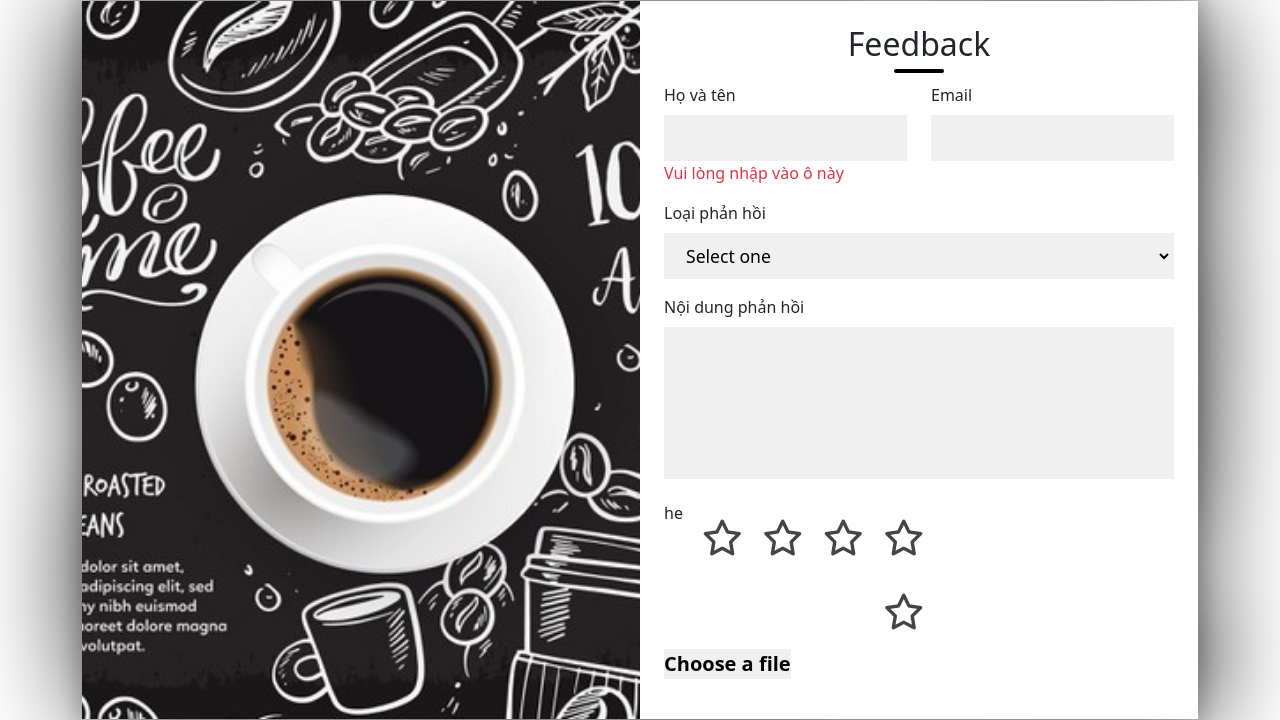
Repository: LeDongGyC/html-css
Page: HTML CSS/prototype/index.html
These files come from the project's save history. The page is drawn as it stood at one moment and after the next save; the edit follows.
The browser window is 1280 px wide. The pictures show the whole page.
Some web libraries are served in a nearby version. The style sheet was rebuilt from its Sass, Less or Tailwind sources for each picture, by a compiler version that may differ from the author's.

Above is the page before, as saved 2023-05-24 12:01:07.

After the next save:
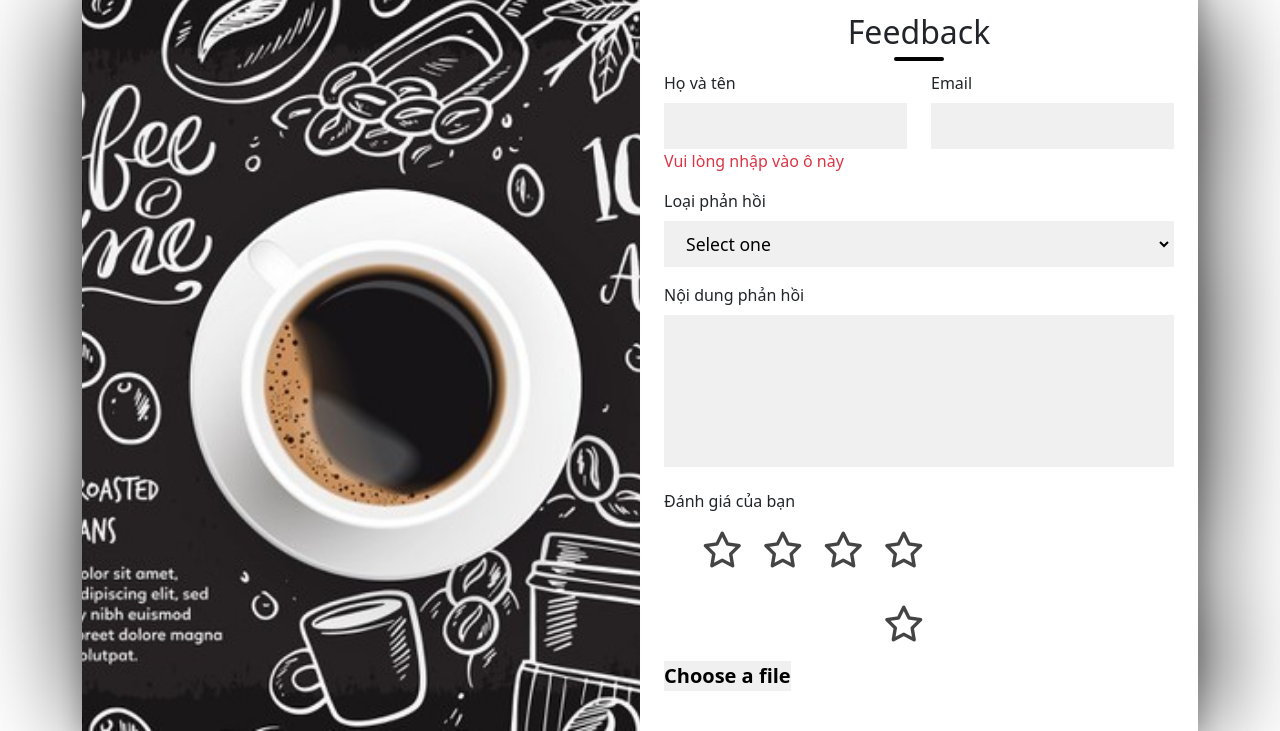
Saved 12 s later.
--- a/HTML CSS/prototype/index.html
+++ b/HTML CSS/prototype/index.html
@@ -70,7 +70,7 @@
         </div>
         <div class="stars">
           <form action="">
-            he
+            <header>Đánh giá của bạn</header>
             <input class="star star-5" id="star-5" type="radio" name="star"/>
             <label class="star star-5" for="star-5"></label>
             <input class="star star-4" id="star-4" type="radio" name="star"/>
